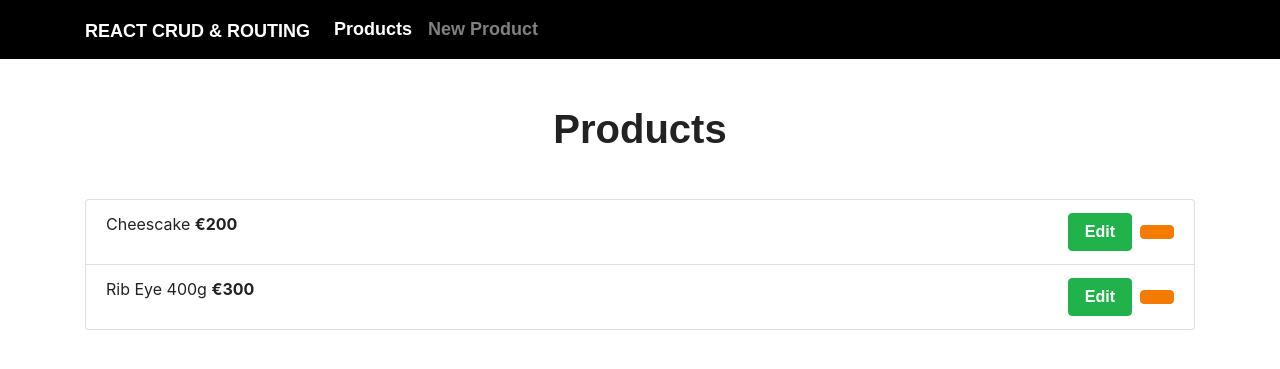
Repository: ppfeliuu/routercrudreact
Page: /products
An editor plug-in stored every save of this project. The page is shown before and after the next save, followed by the edit.
The browser window is 1280 px wide. The pictures show the whole page.
Some web fonts or font styles are not loaded; a fallback is used. The project was rebuilt for these pictures with package versions that can differ from the ones it lists, and the page was loaded fresh each time. Requests to the local data server were answered from the project's data file. Also part of the build but not shown: src/components/Producto.js, src/components/EditarProducto.js, src/components/AgregarProducto.js.

Above is the page before, as saved 2019-06-26 11:04:49.

After the next save:
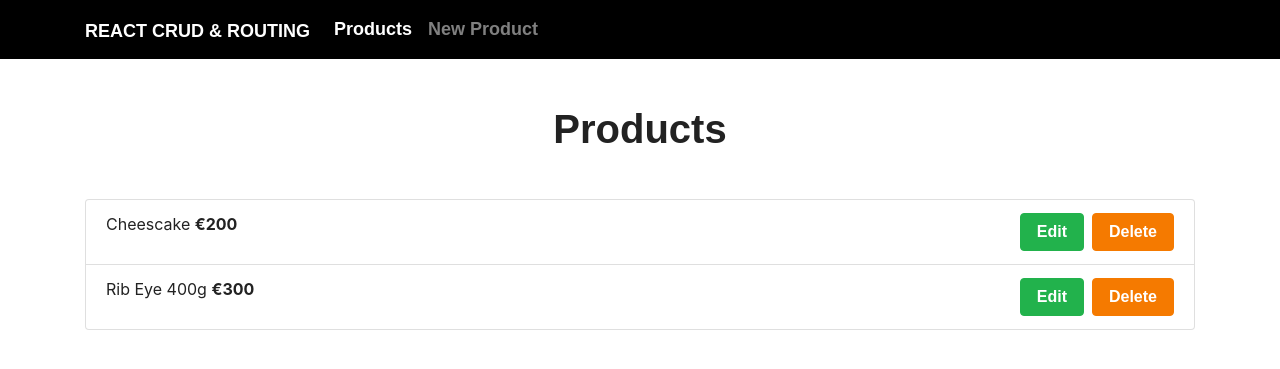
Saved 12 s later.
--- a/src/components/ProductoLista.js
+++ b/src/components/ProductoLista.js
@@ -16,7 +16,7 @@ function ProductoLista({producto}) {
             <div>
                 <Link to={`/products/edit/${producto.id}`} className="btn btn-success mr-2">Edit</Link>
 
-                <button type="button" className="btn btn-danger" onClick={() => eliminarProducto(producto.id)}></button>
+                <button type="button" className="btn btn-danger" onClick={() => eliminarProducto(producto.id)}>Delete</button>
             </div>
         </li>
     )
